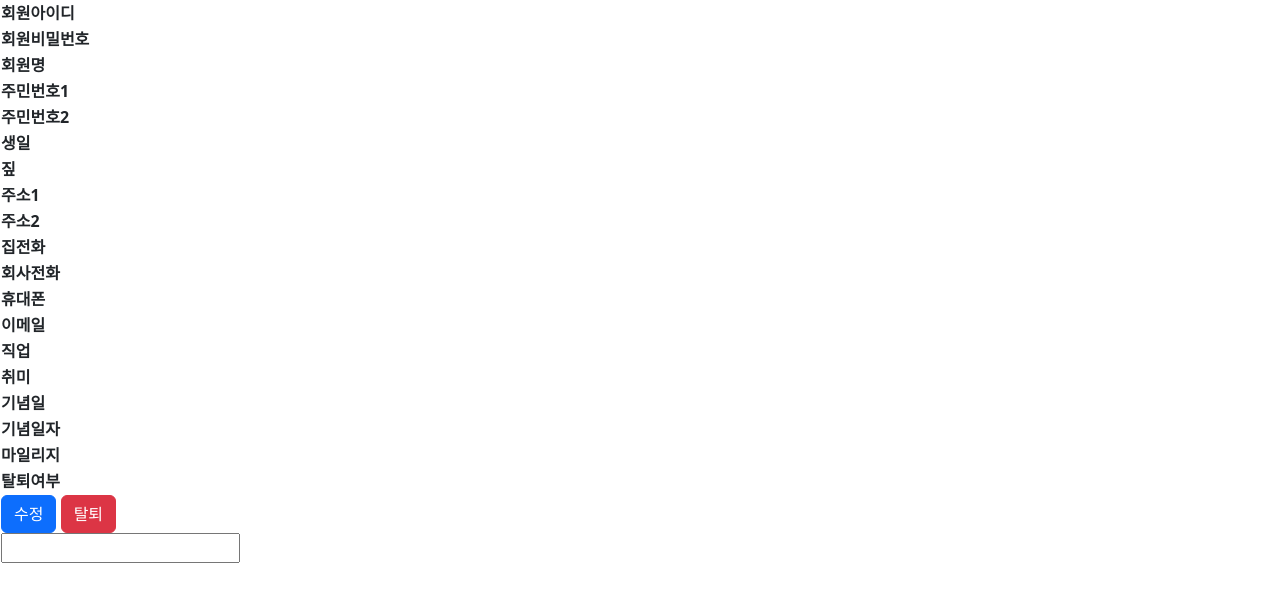
Repository: HEOGEUNJU/JSP
Page: http://localhost/WebStudy02_MVN/WEB-INF/views/member/memberView.jsp
An editor plug-in stored every save of this project. The page is shown before and after the next save, followed by the edit.
The browser window is 1280 px wide. The pictures show the whole page.
The page is served by Tomcat 9. Nobody is signed in. Other server files are loaded and not shown. The template is opened directly, without the code that normally fills it, so the values that code supplies are empty.

Above is the page before, as saved 2022-12-28 09:05:36.

### WebStudy02_MVN/src/main/webapp/WEB-INF/views/member/memberView.jsp
<%@ page language="java" contentType="text/html; charset=UTF-8"
	pageEncoding="UTF-8"%>
<%@taglib uri="http://java.sun.com/jsp/jstl/core" prefix="c" %>
<!DOCTYPE html>
<html>
<head>
<meta charset="UTF-8">
<jsp:include page="/includee/preScript.jsp" />
<title>Insert title here</title>
</head>
<body>
	<table>
		<tr>
			<th>회원아이디</th>
			<td>${member.memId }</td>
		</tr>
		<tr>
			<th>회원비밀번호</th>
			<td>${member.memPass }</td>
		</tr>
		<tr>
			<th>회원명</th>
			<td>${member.memName }</td>
		</tr>
		<tr>
			<th>주민번호1</th>
			<td>${member.memRegno1 }</td>
		</tr>
		<tr>
			<th>주민번호2</th>
			<td>${member.memRegno2 }</td>
		</tr>
		<tr>
			<th>생일</th>
			<td>${member.memBir }</td>
		</tr>
		<tr>
			<th>짚</th>
			<td>${member.memZip }</td>
		</tr>
		<tr>
			<th>주소1</th>
			<td>${member.memAdd1 }</td>
		</tr>
		<tr>
			<th>주소2</th>
			<td>${member.memAdd2 }</td>
		</tr>
		<tr>
			<th>집전화</th>
			<td>${member.memHometel }</td>
		</tr>
		<tr>
			<th>회사전화</th>
			<td>${member.memComtel }</td>
		</tr>
		<tr>
			<th>휴대폰</th>
			<td>${member.memHp }</td>
		</tr>
		<tr>
			<th>이메일</th>
			<td>${member.memMail }</td>
		</tr>
		<tr>
			<th>직업</th>
			<td>${member.memJob }</td>
		</tr>
		<tr>
			<th>취미</th>
			<td>${member.memLike }</td>
		</tr>
		<tr>
			<th>기념일</th>
			<td>${member.memMemorial }</td>
		</tr>
		<tr>
			<th>기념일자</th>
			<td>${member.memMemorialday }</td>
		</tr>
		<tr>
			<th>마일리지</th>
			<td>${member.memMileage }</td>
		</tr>
		<tr>
			<th>탈퇴여부</th>
			<td>${member.memDelete }</td>
		</tr>
<!-- 		선택적 렌더링 해야함 -->
		<c:if test="${sessionScope.authMember eq member }">
			<tr>
				<td colspan="2">
					<a href="<c:url value="/member/memberUpdate.do"/>" class = "btn btn-primary">수정</a>
					<a href="<c:url value="/member/memberDelete.do"/>" class = "btn btn-danger">탈퇴</a>
					<form method = "post" action="<c:url value="/member/memberDelete.do"/>">
						<input type="password" name = "memPass"/>
					</form>
				</td>
			</tr>
		</c:if>
	</table>

<jsp:include page="/includee/postScript.jsp" />
</body>
</html>

### WebStudy02_MVN/src/main/webapp/includee/preScript.jsp
<%@ page language="java" contentType="text/html; charset=UTF-8"
    pageEncoding="UTF-8"%>
<link rel="stylesheet" href="<%=request.getContextPath() %>/resources/js/bootstrap-5.2.3-dist/css/bootstrap.min.css">
<script type="text/javascript" src="<%=request.getContextPath()%>/resources/js/jquery-3.6.1.min.js"></script>
<%
	String varInPre = "프리스크립트에 있는 변수의 값";

%>

### WebStudy02_MVN/src/main/webapp/includee/postScript.jsp
<%@ page language="java" contentType="text/html; charset=UTF-8"
    pageEncoding="UTF-8"%>

<script src= "<%=request.getContextPath() %>/resources/js/bootstrap-5.2.3-dist/js/bootstrap.bundle.min.js"></script>

Loaded but not shown: WebStudy02_MVN/src/main/webapp/resources/js/bootstrap-5.2.3-dist/css/bootstrap.min.css (library); WebStudy02_MVN/src/main/webapp/resources/js/jquery-3.6.1.min.js (library); WebStudy02_MVN/src/main/webapp/resources/js/bootstrap-5.2.3-dist/js/bootstrap.bundle.min.js (library)

After the next save:
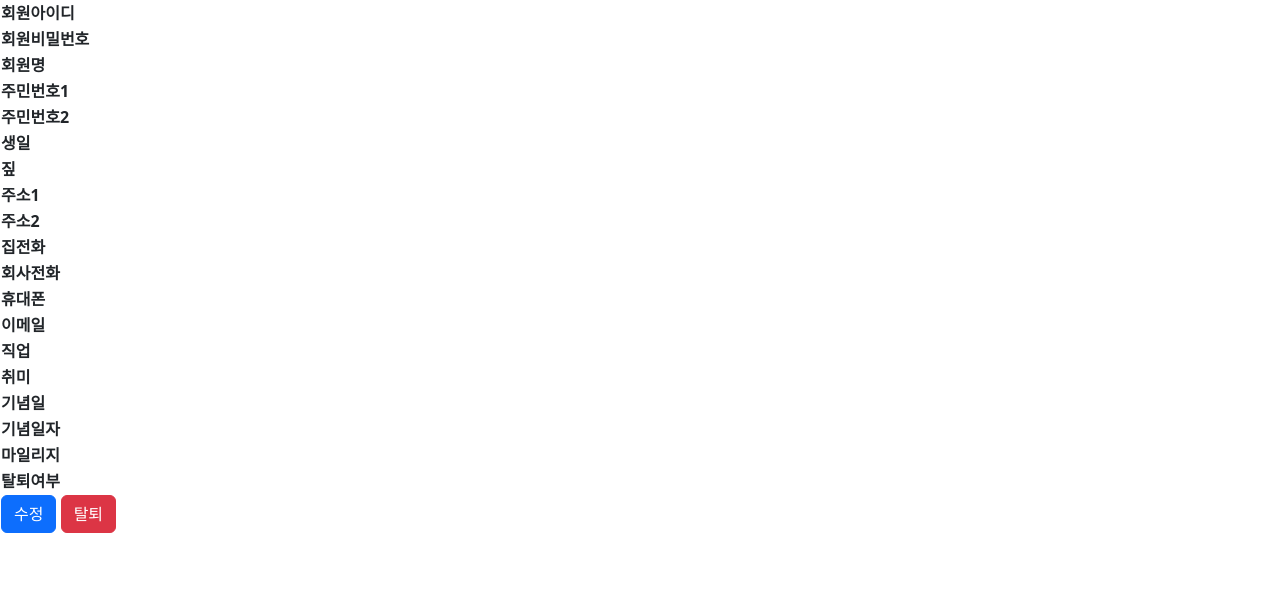
Saved 77 s later.
--- a/WebStudy02_MVN/src/main/webapp/WEB-INF/views/member/memberView.jsp
+++ b/WebStudy02_MVN/src/main/webapp/WEB-INF/views/member/memberView.jsp
@@ -92,9 +92,9 @@
 				<td colspan="2">
 					<a href="<c:url value="/member/memberUpdate.do"/>" class = "btn btn-primary">수정</a>
 					<a href="<c:url value="/member/memberDelete.do"/>" class = "btn btn-danger">탈퇴</a>
-					<form method = "post" action="<c:url value="/member/memberDelete.do"/>">
-						<input type="password" name = "memPass"/>
-					</form>
+<%-- 					<form method = "post" action="<c:url value="/member/memberDelete.do"/>"> --%>
+<!-- 						<input type="password" name = "memPass"/> -->
+<!-- 					</form> -->
 				</td>
 			</tr>
 		</c:if>

After the save that followed:
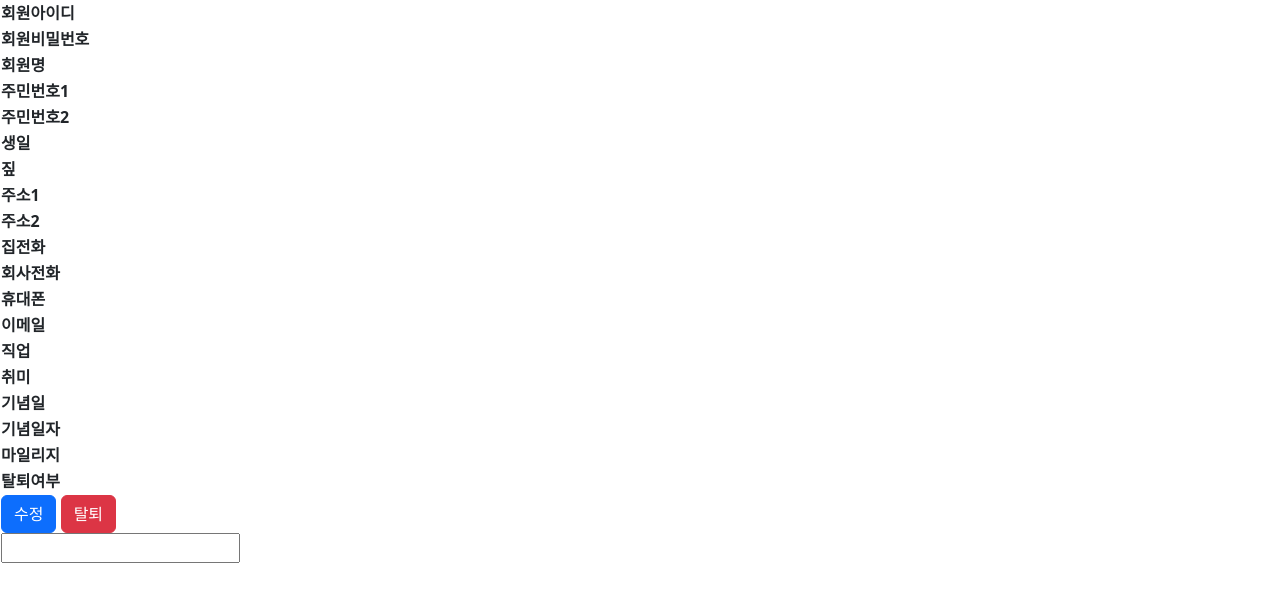
Saved 108 s later.
--- a/WebStudy02_MVN/src/main/webapp/WEB-INF/views/member/memberView.jsp
+++ b/WebStudy02_MVN/src/main/webapp/WEB-INF/views/member/memberView.jsp
@@ -92,9 +92,9 @@
 				<td colspan="2">
 					<a href="<c:url value="/member/memberUpdate.do"/>" class = "btn btn-primary">수정</a>
 					<a href="<c:url value="/member/memberDelete.do"/>" class = "btn btn-danger">탈퇴</a>
-<%-- 					<form method = "post" action="<c:url value="/member/memberDelete.do"/>"> --%>
-<!-- 						<input type="password" name = "memPass"/> -->
-<!-- 					</form> -->
+					<form method = "post" action="<c:url value="/member/memberDelete.do"/>">
+						<input type="password" name = "memPass"/>
+					</form>
 				</td>
 			</tr>
 		</c:if>
